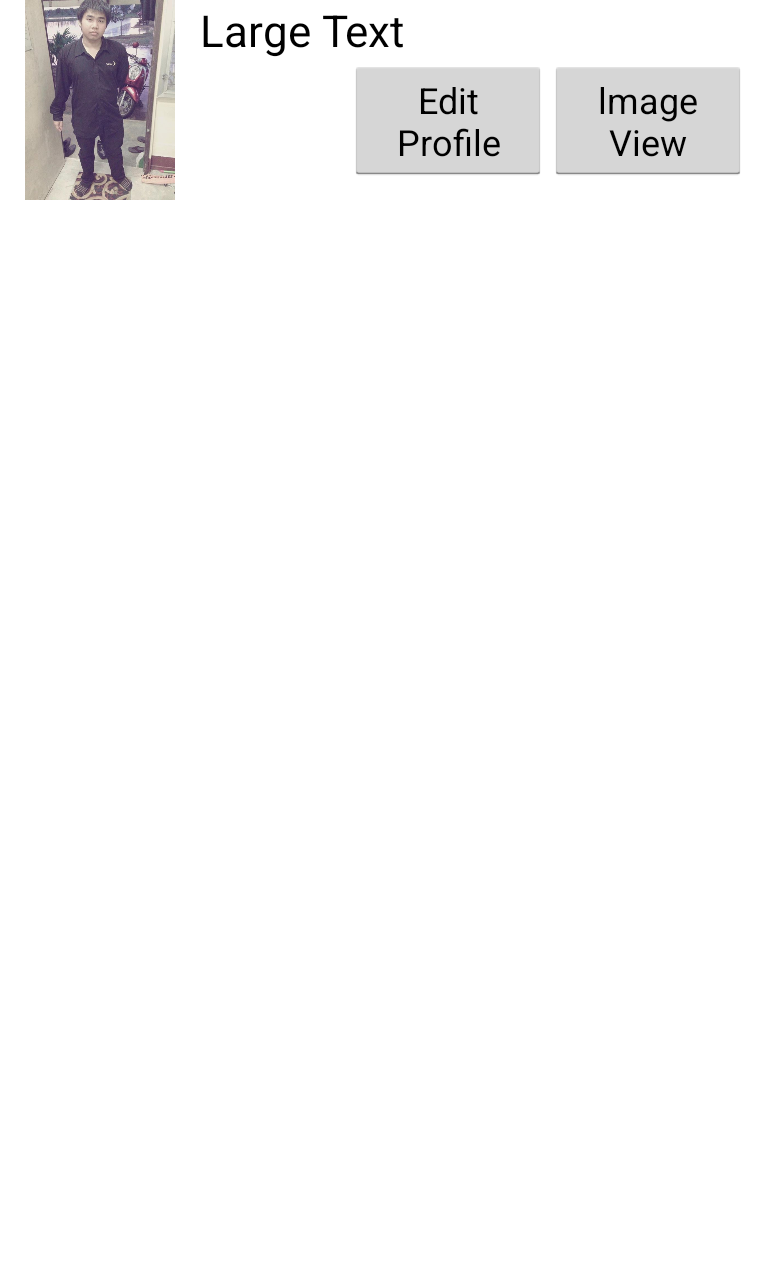
Repository: PanumartThamkawin/Resuma_55410657
Layout: Panu657/res/layout/activity_main.xml
An editor plug-in stored every save of this project. The layout is shown before and after the next save, followed by the edit.
It is drawn on a 768 x 1280 px phone screen (xhdpi) without system bars, with theme AppTheme; the app's code is not run.

Above is the layout before, as saved 2014-09-01 05:41:14.

### Panu657/res/layout/activity_main.xml
<RelativeLayout xmlns:android="http://schemas.android.com/apk/res/android"
    xmlns:tools="http://schemas.android.com/tools"
    android:layout_width="match_parent"
    android:layout_height="match_parent"
    android:layout_marginLeft="5dp"
    tools:context="${relativePackage}.${activityClass}" >

    <LinearLayout
        android:id="@+id/linearLayout1"
        android:layout_width="100dp"
        android:layout_height="100dp" >

        <ImageView
            android:id="@+id/imageView1"
            android:layout_width="wrap_content"
            android:layout_height="wrap_content"
            android:src="@drawable/jame" />
    </LinearLayout>

    <TextView
        android:id="@+id/textView1"
        android:layout_width="wrap_content"
        android:layout_height="wrap_content"
        android:layout_alignParentTop="true"
        android:layout_toRightOf="@+id/linearLayout1"
        android:text="Large Text"
        android:textAppearance="?android:attr/textAppearanceLarge" />

    <LinearLayout
        android:layout_width="wrap_content"
        android:layout_height="wrap_content"
        android:layout_alignParentRight="true"
        android:layout_below="@id/textView1"
        android:layout_marginRight="10dp" >

        <Button
            android:id="@+id/button1"
            android:layout_width="100dp"
            android:layout_height="wrap_content"
            android:text="Edit Profile" />

        <Button
            android:id="@+id/button2"
            android:layout_width="100dp"
            android:layout_height="wrap_content"
            android:text="lmage View" />

    </LinearLayout>

</RelativeLayout>

Loaded but not shown: Panu657/res/values/styles.xml (common file); Panu657/res/values-v11/styles.xml (common file); Panu657/res/values-v14/styles.xml (common file)

After the next save:
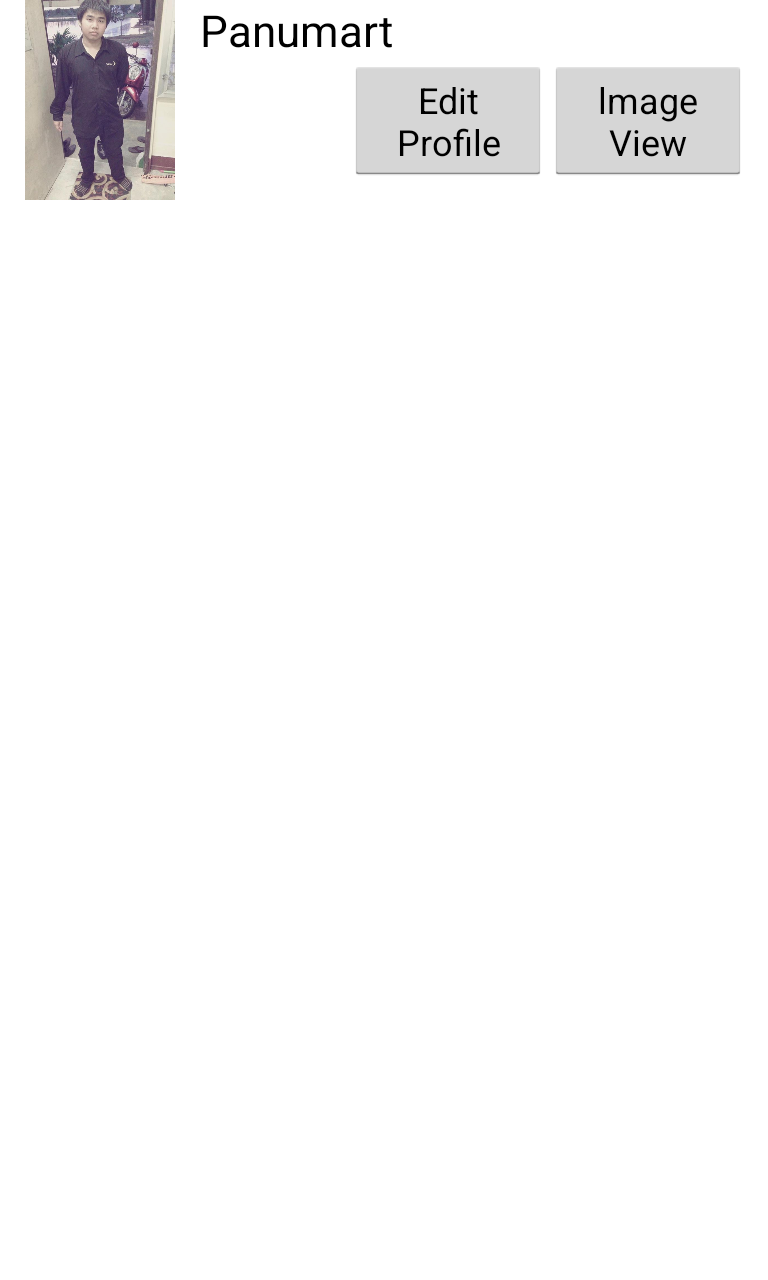
Saved 99 s later.
--- a/Panu657/res/layout/activity_main.xml
+++ b/Panu657/res/layout/activity_main.xml
@@ -23,7 +23,7 @@
         android:layout_height="wrap_content"
         android:layout_alignParentTop="true"
         android:layout_toRightOf="@+id/linearLayout1"
-        android:text="Large Text"
+        android:text="Panumart "
         android:textAppearance="?android:attr/textAppearanceLarge" />
 
     <LinearLayout
